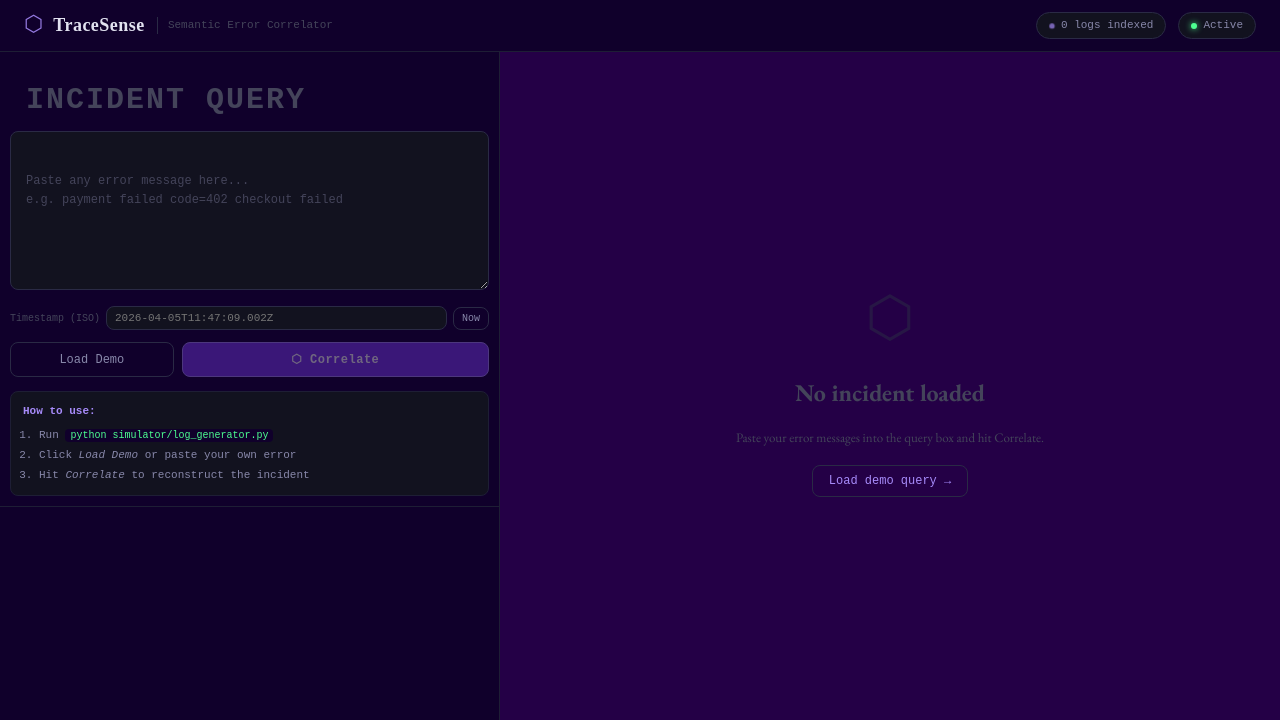
Repository: SaranyaM15/AI_Engineer_Journey
Page: / (app in tracesense/frontend/)
An editor plug-in stored every save of this project. The page is shown before and after the next save, followed by the edit.
The browser window is 1280 px wide. The pictures show the whole page.
The page's requests for data from a server got no answer. Some web fonts or font styles are not loaded; a fallback is used. The project was rebuilt for these pictures with package versions that can differ from the ones it lists, and the page was loaded fresh each time. No one was signed in, and anything a server would have sent is missing. Also part of the build but not shown: tracesense/frontend/vite.config.js, tracesense/frontend/src/components/Timeline.jsx, tracesense/frontend/src/components/LogFeed.jsx.

Above is the page before, as saved 2026-04-05 19:04:46.

After the next save:
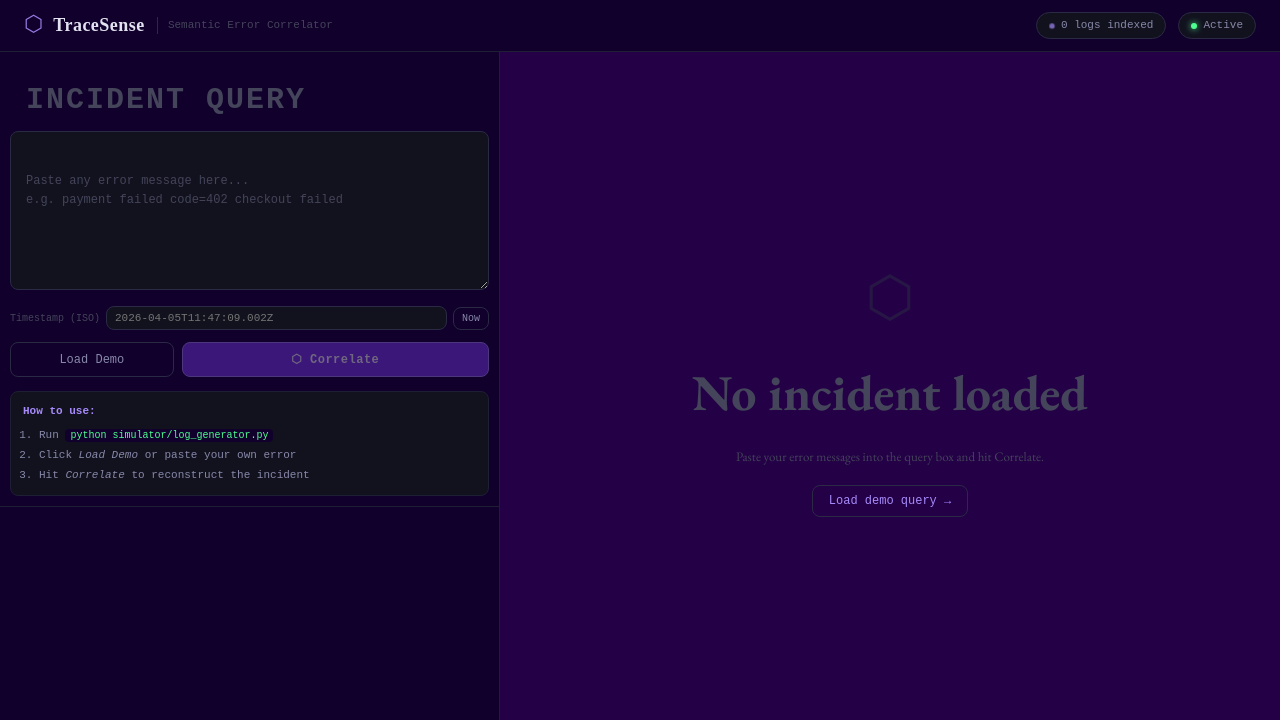
Saved 9 s later.
--- a/tracesense/frontend/src/App.css
+++ b/tracesense/frontend/src/App.css
@@ -439,7 +439,7 @@ body {
  font-family: 'EB Garamond', serif;
   font-weight: 600;
   color:       var(--text3);
-  font-size:   24px;
+  font-size:   50px;
 }
 
 .empty-state p {
